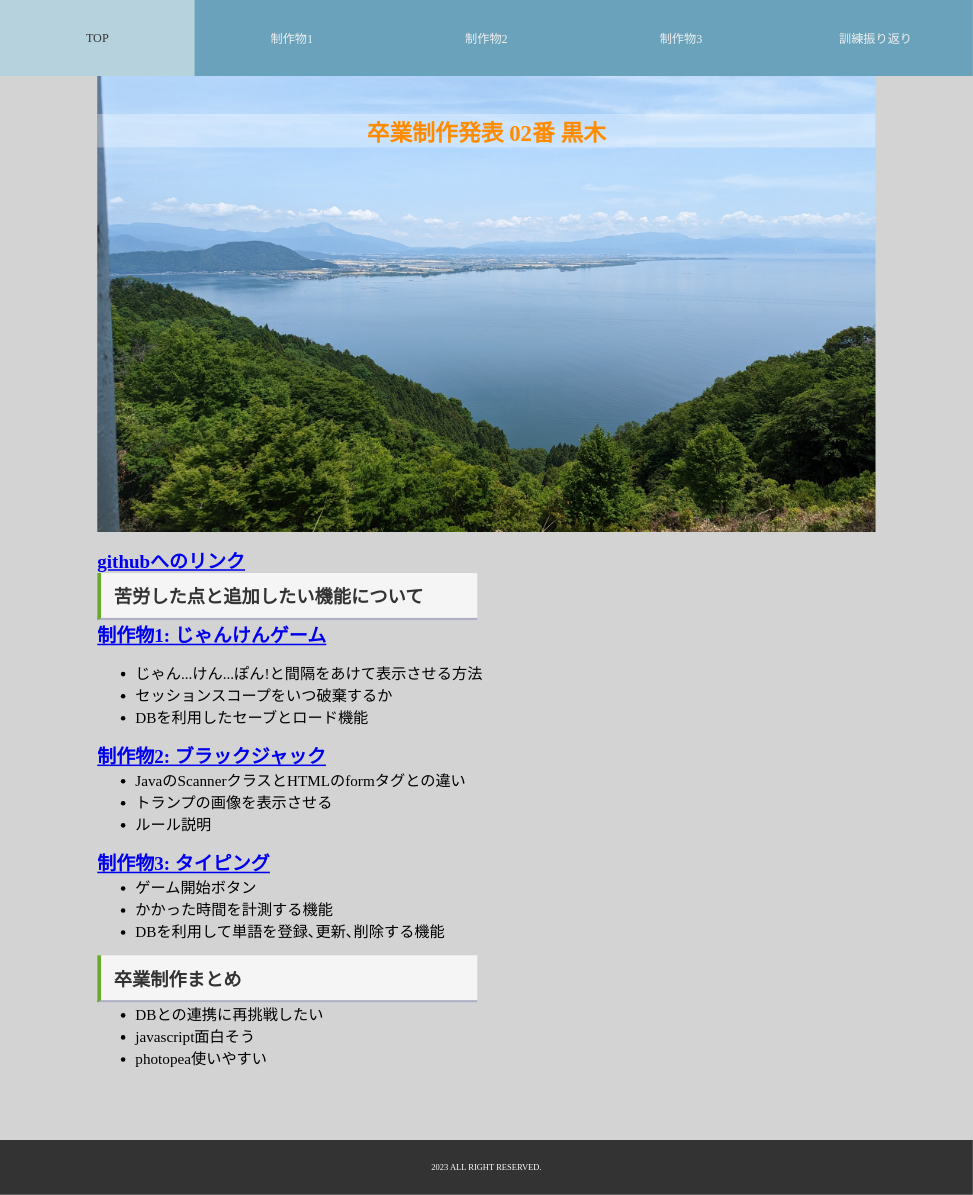
Repository: yuki-kuro/portfolio
Page: BJServletRensyu2/src/main/webapp/卒業制作/index.html
These files come from the project's save history. The page is drawn as it stood at one moment and after the next save; the edit follows.
The browser window is 1280 px wide. The pictures show the whole page, at 76% of full size.

Above is the page before, as saved 2023-06-27 03:26:11.

After the next save:
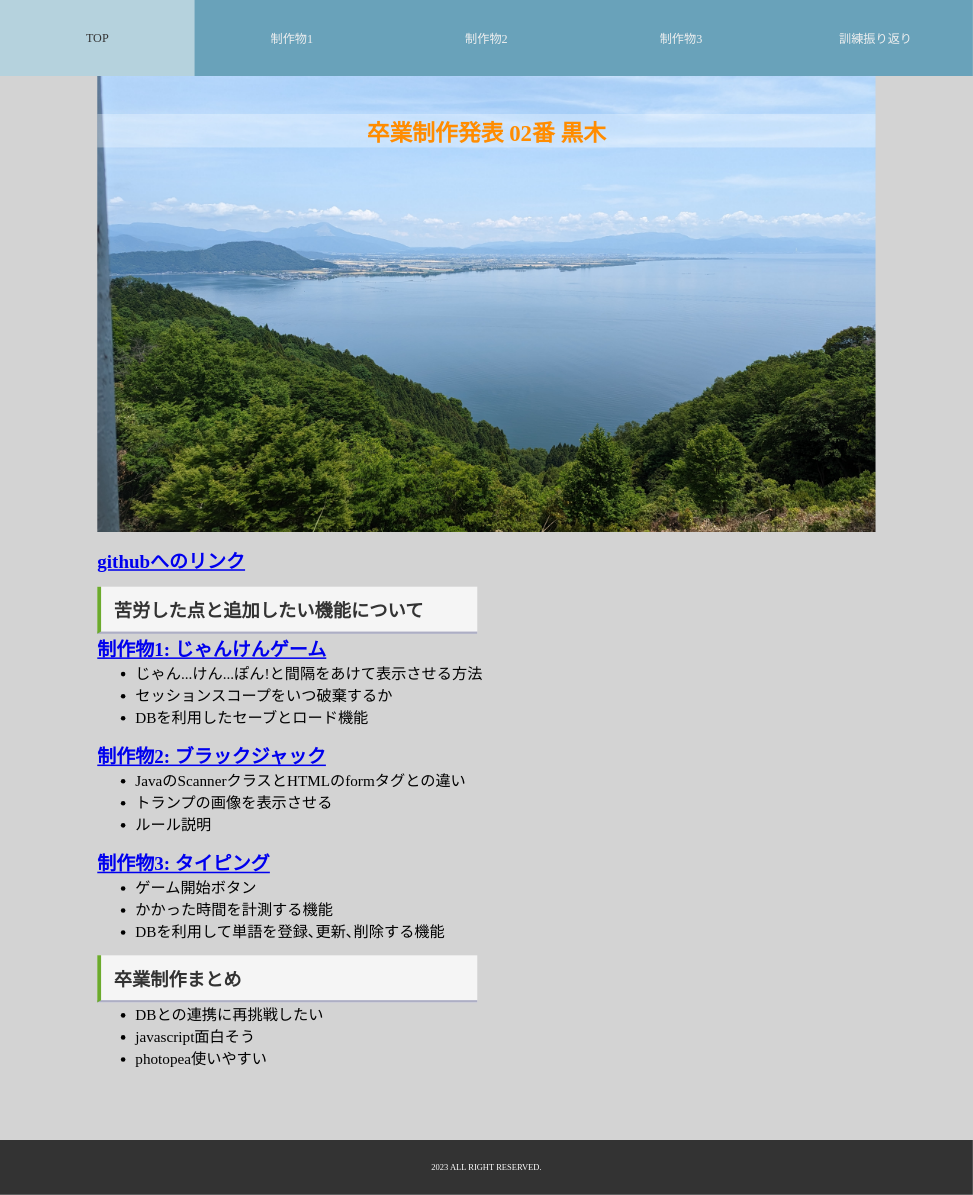
Saved 35 s later.
--- a/BJServletRensyu2/src/main/webapp/卒業制作/index.html
+++ b/BJServletRensyu2/src/main/webapp/卒業制作/index.html
@@ -30,9 +30,9 @@
     <h1 class="toppage"><span class="midashi">卒業制作発表 02番 黒木</span></h1>
     <br>
     <h3><a href="https://github.com/yuki-kuro/portfolio.git">githubへのリンク</a></h3>
+    <br>
         <h2>苦労した点と追加したい機能について</h2>
     <h3><a href="http://localhost:8080/JankenServletGame/JankenServlet">制作物1: じゃんけんゲーム</a></h3>
-<br>
     <ul class="setumei" class="setumei">
 		<li>じゃん...けん...ぽん!と間隔をあけて表示させる方法</li>
 		<li>セッションスコープをいつ破棄するか</li>
